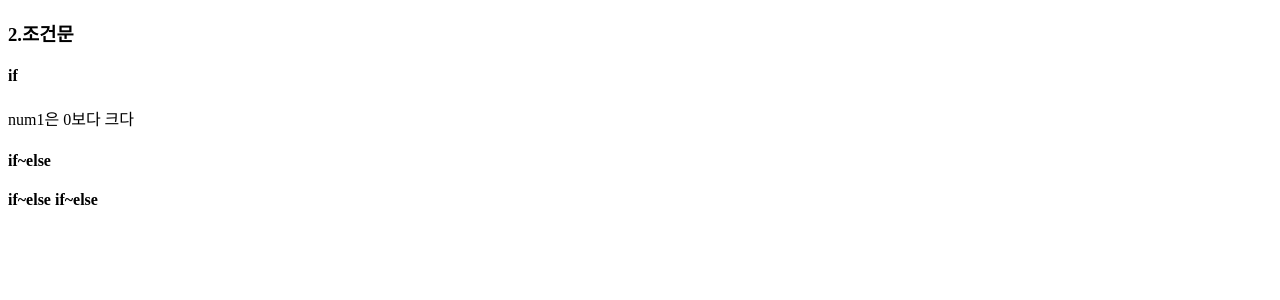
Repository: gahuileeee/JSP
Page: http://localhost/ch02/2.조건문.jsp
These files come from the project's save history. The page is drawn as it stood at one moment and after the next save; the edit follows.
The browser window is 1280 px wide. The pictures show the whole page.
The page is served by Tomcat 9. Other server files are loaded and not shown.

Above is the page before, as saved 2024-01-29 01:47:24.

### ch02/src/main/webapp/2.조건문.jsp
<%@ page  contentType="text/html; charset=UTF-8" pageEncoding="UTF-8"%>
<!DOCTYPE html>
<html>
	<head>
	<meta charset="UTF-8">
	<title>2.조건문</title>
</head>
	<body>
		<h3>2.조건문</h3>
		<h4>if</h4>
		<%
			int num1=1;
			int num2=2;
			int num3=3;
			int num4=4;
			if(num1>0){
				out.println("<p>num1은 0보다 크다</p>");
			}
		%>

		<h4>if~else</h4>
		<%
			int var1 =1 , var2= 2;
			if(var1> var2){
		%>
			<p>var1이 var2보다 크다.</p>
		<%
			}else{
		%>
		<%
			}
		%>
		<h4>if~else if~else</h4>
	</body>
</html>

After the next save:
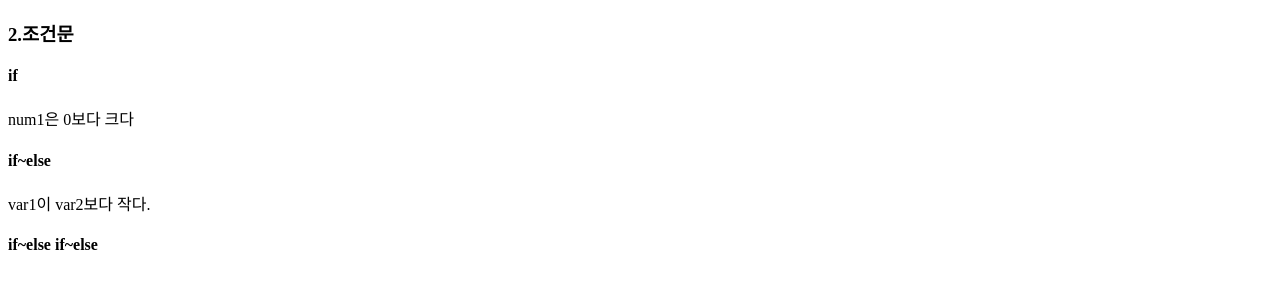
Saved 18 s later.
--- a/ch02/src/main/webapp/2.조건문.jsp
+++ b/ch02/src/main/webapp/2.조건문.jsp
@@ -27,6 +27,7 @@
 		<%
 			}else{
 		%>
+			<p>var1이 var2보다 작다.</p>
 		<%
 			}
 		%>
